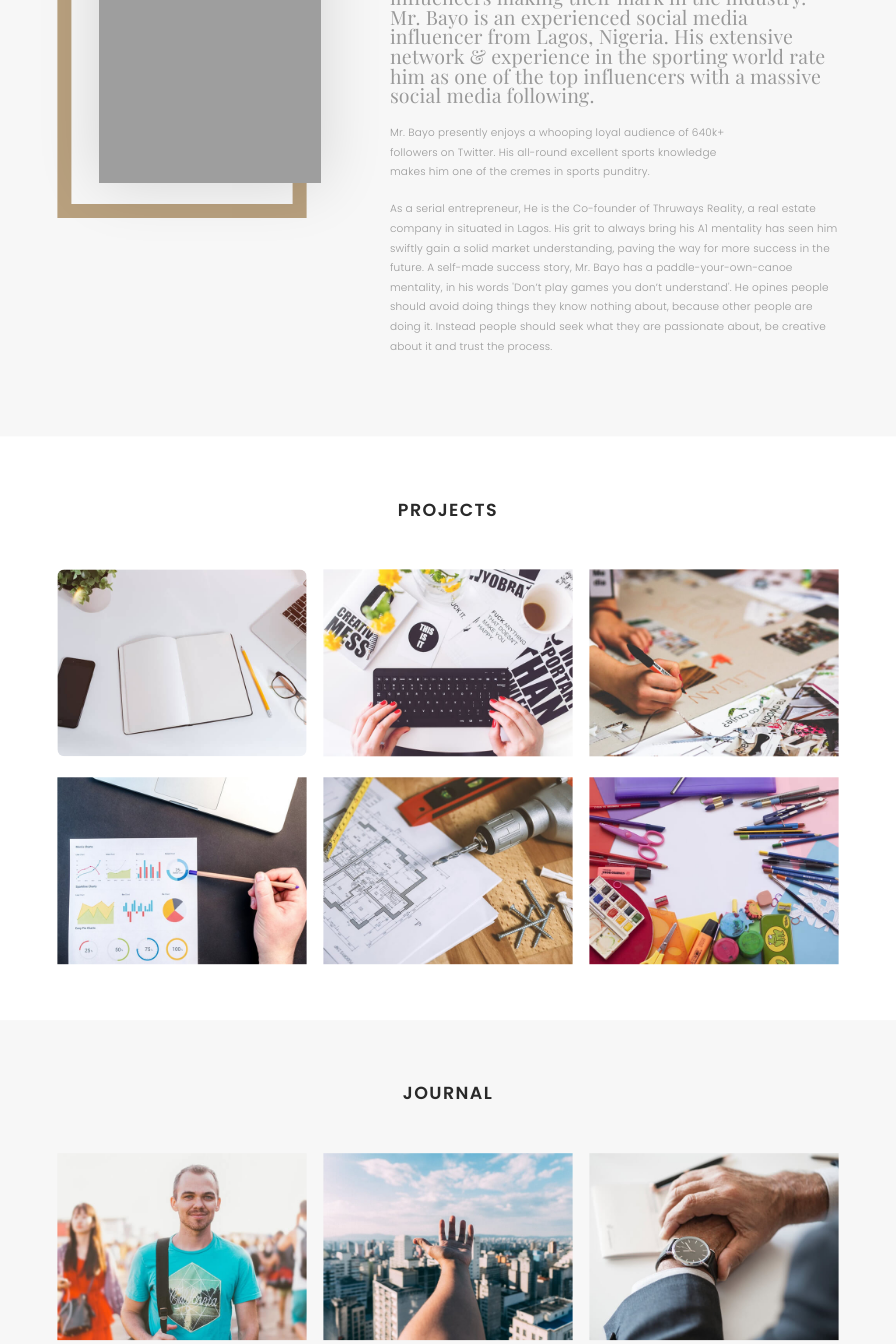
Repository: muhammedctgr/MrBayoA1
Page: index.html
The author's editor kept a copy of each file at every save. The page is drawn from the files as they stood at one save, then again after the next save.
The browser window is 1280 px wide. The pictures show the part of the page from y = 939 to 2859 px (the page is 3907 px tall), at 70% of full size.
Pictures or frames that could not be fetched are drawn as grey boxes. Some web fonts or font styles are not loaded; a fallback is used.

Above is the page before, as saved 2022-10-18 11:44:18.

### index.html
<!DOCTYPE html>
<html lang="en">

<head>
  <meta charset="utf-8">
  <meta content="width=device-width, initial-scale=1.0" name="viewport">

  <title>Mr Bayo A1</title>
  <meta content="" name="description">
  <meta content="" name="keywords">

  <link rel="apple-touch-icon" sizes="180x180" href="/apple-touch-icon.png">
  <link rel="icon" type="image/png" sizes="32x32" href="/favicon-32x32.png">
  <link rel="icon" type="image/png" sizes="16x16" href="/favicon-16x16.png">
  <link rel="manifest" href="/site.webmanifest">

  <link rel="preconnect" href="https://fonts.googleapis.com">
  <link rel="preconnect" href="https://fonts.gstatic.com" crossorigin>
  <link href="https://fonts.googleapis.com/css2?family=Racing+Sans+One&display=swap" rel="stylesheet">

  <!-- Favicons -->
  <link href="assets/img/favicon.png" rel="icon">
  <link href="assets/img/apple-touch-icon.png" rel="apple-touch-icon">

  <!-- Google Fonts -->
  <link href="https://fonts.googleapis.com/css?family=Poppins:300,300i,400,400i,500,500i,600,600i,700,700i|Playfair+Display:400,400i,500,500i,600,600i,700,700i,900,900i" rel="stylesheet">

  <!-- Vendor CSS Files -->
  <link href="assets/vendor/bootstrap/css/bootstrap.min.css" rel="stylesheet">
  <link href="assets/vendor/bootstrap-icons/bootstrap-icons.css" rel="stylesheet">
  <link href="assets/vendor/boxicons/css/boxicons.min.css" rel="stylesheet">
  <link href="assets/vendor/glightbox/css/glightbox.min.css" rel="stylesheet">
  <link href="assets/vendor/swiper/swiper-bundle.min.css" rel="stylesheet">

  <!-- Template Main CSS File -->
  <link href="assets/css/style.css" rel="stylesheet">

</head>

<body>

  <!-- ======= Header ======= -->
  <header id="header" class="fixed-top ">
    <div class="container d-flex align-items-center justify-content-between">

      <!--<a href="index.html" class="logo"><img src="assets/img/logo.png" alt="" class="img-fluid"></a>-->
      <!-- Uncomment below if you prefer to use an text logo -->
      <h1 class="" style="font-family: 'Racing Sans One', cursive; background-color: #b8a07e;"><a href="index.html">Mr. Bayo</a></h1>

      <nav id="navbar" class="navbar">
        <ul>
          <li><a class="nav-link scrollto active" href="#hero">Home</a></li>
          <li><a class="nav-link scrollto" href="#about">About</a></li>
          <li><a class="nav-link  scrollto" href="#portfolio">Projects</a></li>
          <li><a class="nav-link  scrollto" href="#journal">Blog</a></li>
          <li><a class="nav-link scrollto" href="#contact">Contact</a></li>
        </ul>
        <i class="bi bi-list mobile-nav-toggle"></i>
      </nav><!-- .navbar -->

    </div>
  </header><!-- End Header -->

  <!-- ======= Hero Section ======= -->
  <div id="hero" class="home">

    <div class="container">
      <div class="hero-content">
        <h1><span class="typed" data-typed-items="Akinde Gbenga Bayo, Entrepreneur, Social Media Influencer, Serial Winner."></span></h1>
      </div>
    </div>
  </div><!-- End Hero -->

  <main id="main">

    <!-- ======= About Section ======= -->
    <div id="about" class="paddsection">
      <div class="container">
        <div class="row justify-content-between">

          <div class="col-lg-4 ">
            <div class="div-img-bg">
              <div class="about-img">
                <img src="https://i.postimg.cc/W4LmL6sG/2-1.jpg" class="img-responsive" alt="me">
              </div>
            </div>
          </div>

          <div class="col-lg-7">
            <div class="about-descr">
              <p class="p-heading">Akinde Gbenga Bayo, notably known as Mr. Bayo, is one of the successful entrepreneurs and influencers making their mark in the industry.
               Mr. Bayo is an experienced social media influencer from Lagos, Nigeria. His extensive network & experience in the sporting world rate him as one of the top
               influencers with a massive social media following.
              </p>
              <p class="separator">Mr. Bayo presently enjoys a whooping loyal audience of 640k+ followers on Twitter.
                His all-round excellent sports knowledge makes him one of the cremes in sports punditry.
              </p>
              <p>
                As a serial entrepreneur, He is the Co-founder of Thruways Reality, a real estate company in situated in Lagos. His grit to always bring his A1 mentality has seen
                him swiftly gain a solid market understanding, paving the way for more success in the future.
                A self-made success story, Mr. Bayo has a paddle-your-own-canoe mentality, in his words 'Don’t play games you don’t understand'.
                He opines people should avoid doing things they know nothing about, because other people are doing it. Instead people should seek what they are passionate about,
                be creative about it and trust the process.
              </p>
            </div>

          </div>
        </div>
      </div>
    </div><!-- End About Section -->

    <!-- ======= Portfolio Section ======= -->
    <div id="portfolio" class="paddsection">

      <div class="container">
        <div class="section-title text-center">
          <h2>Projects</h2>
        </div>
      </div>

      <div class="container">

        <div class="row portfolio-container">

          <div class="col-lg-4 col-md-6 portfolio-item filter-app">
            <img style="border-radius: 10px; border-color: #ff689b;" src="assets/img/portfolio/portfolio-1.jpg" class="img-fluid" alt="">
            <div class="portfolio-info">
              <h4>Thruways Realty</h4>
              <p>thruwaysrealty.com</p>
              <a href="assets/img/portfolio/portfolio-1.jpg" data-gallery="portfolioGallery" class="portfolio-lightbox preview-link" title="Eco Sustainability Focused Real Estate Development Firm•
              🚧 Designing & Building Unique Custom Homes. #BuildingExcellence"><i class="bx bx-plus"></i></a>
              <a href="portfolio-details.html" class="details-link" title="More Details"><i class="bx bx-link"></i></a>
            </div>
          </div>

          <div class="col-lg-4 col-md-6 portfolio-item filter-web">
            <img src="assets/img/portfolio/portfolio-2.jpg" class="img-fluid" alt="">
            <div class="portfolio-info">
              <h4>Thruways Realty</h4>
              <p>thruwaysrealty.com</p>
              <a href="assets/img/portfolio/portfolio-2.jpg" data-gallery="portfolioGallery" class="portfolio-lightbox preview-link" title="Eco Sustainability Focused Real Estate Development Firm•
              🚧 Designing & Building Unique Custom Homes. #BuildingExcellence"><i class="bx bx-plus"></i></a>
              <a href="portfolio-details.html" class="details-link" title="More Details"><i class="bx bx-link"></i></a>
            </div>
          </div>

          <div class="col-lg-4 col-md-6 portfolio-item filter-app">
            <img src="assets/img/portfolio/portfolio-3.jpg" class="img-fluid" alt="">
            <div class="portfolio-info">
              <h4>Thruways Realty</h4>
              <p>thruwaysrealty.com</p>
              <a href="assets/img/portfolio/portfolio-3.jpg" data-gallery="portfolioGallery" class="portfolio-lightbox preview-link" title="Eco Sustainability Focused Real Estate Development Firm•
              🚧 Designing & Building Unique Custom Homes. #BuildingExcellence"><i class="bx bx-plus"></i></a>
              <a href="portfolio-details.html" class="details-link" title="More Details"><i class="bx bx-link"></i></a>
            </div>
          </div>

          <div class="col-lg-4 col-md-6 portfolio-item filter-card">
            <img src="assets/img/portfolio/portfolio-4.jpg" class="img-fluid" alt="">
            <div class="portfolio-info">
              <h4>Thruways Realty</h4>
              <p>thruwaysrealty.com</p>
              <a href="assets/img/portfolio/portfolio-4.jpg" data-gallery="portfolioGallery" class="portfolio-lightbox preview-link" title="Eco Sustainability Focused Real Estate Development Firm•
              🚧 Designing & Building Unique Custom Homes. #BuildingExcellence"><i class="bx bx-plus"></i></a>
              <a href="portfolio-details.html" class="details-link" title="More Details"><i class="bx bx-link"></i></a>
            </div>
          </div>

          <div class="col-lg-4 col-md-6 portfolio-item filter-web">
            <img src="assets/img/portfolio/portfolio-5.jpg" class="img-fluid" alt="">
            <div class="portfolio-info">
              <h4>Thruways Realty</h4>
              <p>thruwaysrealty.com</p>
              <a href="assets/img/portfolio/portfolio-5.jpg" data-gallery="portfolioGallery" class="portfolio-lightbox preview-link" title="Eco Sustainability Focused Real Estate Development Firm•
              🚧 Designing & Building Unique Custom Homes. #BuildingExcellence"><i class="bx bx-plus"></i></a>
              <a href="portfolio-details.html" class="details-link" title="More Details"><i class="bx bx-link"></i></a>
            </div>
          </div>

          <div class="col-lg-4 col-md-6 portfolio-item filter-app">
            <img src="assets/img/portfolio/portfolio-6.jpg" class="img-fluid" alt="">
            <div class="portfolio-info">
              <h4>Thruways Realty</h4>
              <p>thruwaysrealty.com</p>
              <a href="assets/img/portfolio/portfolio-6.jpg" data-gallery="portfolioGallery" class="portfolio-lightbox preview-link" title="Eco Sustainability Focused Real Estate Development Firm•
              🚧 Designing & Building Unique Custom Homes. #BuildingExcellence"><i class="bx bx-plus"></i></a>
              <a href="portfolio-details.html" class="details-link" title="More Details"><i class="bx bx-link"></i></a>
            </div>
          </div>

        </div>

      </div>

    </div><!-- End Portfolio Section -->

    <!-- ======= Journal Section ======= -->
    <div id="journal" class="text-left paddsection">

      <div class="container">
        <div class="section-title text-center">
          <h2>journal</h2>
        </div>
      </div>

      <div class="container">
        <div class="journal-block">
          <div class="row">

            <div class="col-lg-4 col-md-6">
              <div class="journal-info">

                <a href="blog-single.html"><img src="assets/img/blog-post-1.jpg" class="img-responsive" alt="img"></a>

                <div class="journal-txt">

                  <h4><a href="blog-single.html">SO LETS MAKE THE MOST IS BEAUTIFUL</a></h4>
                  <p class="separator">To an English person, it will seem like simplified English
                  </p>

                </div>

              </div>
            </div>

            <div class="col-lg-4 col-md-6">
              <div class="journal-info">

                <a href="blog-single.html"><img src="assets/img/blog-post-2.jpg" class="img-responsive" alt="img"></a>

                <div class="journal-txt">

                  <h4><a href="blog-single.html">WE'RE GONA MAKE DREAMS COMES</a></h4>
                  <p class="separator">To an English person, it will seem like simplified English
                  </p>

                </div>

              </div>
            </div>

            <div class="col-lg-4 col-md-6">
              <div class="journal-info">

                <a href="blog-single.html"><img src="assets/img/blog-post-3.jpg" class="img-responsive" alt="img"></a>

                <div class="journal-txt">

                  <h4><a href="blog-single.html">NEW LIFE CIVILIZATIONS TO BOLDLY</a></h4>
                  <p class="separator">To an English person, it will seem like simplified English
                  </p>

                </div>

              </div>
            </div>

          </div>
        </div>
      </div>

    </div><!-- End Journal Section -->

    <!-- ======= Contact Section ======= -->
    <div id="contact" class="paddsection">
      <div class="container">
        <div class="contact-block1">
          <div class="row">

            <div class="col-lg-6">
              <div class="contact-contact">

                <h2 class="mb-30">GET IN TOUCH</h2>

                <ul class="contact-details">
                  <li><span>23 Main, Street</span></li>
                  <li><span>New York, United States</span></li>
                  <li><span>+88 01912704287</span></li>
                  <li><span>example@example.com</span></li>
                </ul>

              </div>
            </div>

            <div class="col-lg-6">
              <form action="forms/contact.php" method="post" role="form" class="php-email-form">
                <div class="row gy-3">

                  <div class="col-lg-6">
                    <div class="form-group contact-block1">
                      <input type="text" name="name" class="form-control" id="name" placeholder="Your Name" required>
                    </div>
                  </div>

                  <div class="col-lg-6">
                    <div class="form-group">
                      <input type="email" class="form-control" name="email" id="email" placeholder="Your Email" required>
                    </div>
                  </div>

                  <div class="col-lg-12">
                    <div class="form-group">
                      <input type="text" class="form-control" name="subject" id="subject" placeholder="Subject" required>
                    </div>
                  </div>

                  <div class="col-lg-12">
                    <div class="form-group">
                      <textarea class="form-control" name="message" placeholder="Message" required></textarea>
                    </div>
                  </div>

                  <div class="col-lg-12">
                    <div class="loading">Loading</div>
                    <div class="error-message"></div>
                    <div class="sent-message">Your message has been sent. Thank you!</div>
                  </div>

                  <div class="mt-0">
                    <input type="submit" class="btn btn-defeault btn-send" value="Send message">
                  </div>

                </div>
              </form>
            </div>
          </div>
        </div>
      </div>
    </div><!-- End Contact Section -->

  </main><!-- End #main -->

  <!-- ======= Footer ======= -->
  <div id="footer" class="text-center">
    <div class="container">
      <div class="socials-media text-center">

        <ul class="list-unstyled">
          <li><a href="#"><i class="bi bi-facebook"></i></a></li>
          <li><a href="#"><i class="bi bi-twitter"></i></a></li>
          <li><a href="#"><i class="bi bi-instagram"></i></a></li>
          <li><a href="#"><i class="bi bi-linkedin"></i></a></li>
        </ul>

      </div>

      <p>&copy; Copyrights Mr. Bayo</p>
      <p> All rights reserved.</p>

      <div class="credits">
        Designed by <a href="https://bootstrapmade.com/">Greazely</a>
      </div>

    </div>
  </div><!-- End Footer -->

  <a href="#" class="back-to-top d-flex align-items-center justify-content-center"><i class="bi bi-arrow-up-short"></i></a>

  <!-- Vendor JS Files -->
  <script src="assets/vendor/bootstrap/js/bootstrap.bundle.min.js"></script>
  <script src="assets/vendor/glightbox/js/glightbox.min.js"></script>
  <script src="assets/vendor/isotope-layout/isotope.pkgd.min.js"></script>
  <script src="assets/vendor/swiper/swiper-bundle.min.js"></script>
  <script src="assets/vendor/typed.js/typed.min.js"></script>
  <script src="assets/vendor/php-email-form/validate.js"></script>

  <!-- Template Main JS File -->
  <script src="assets/js/main.js"></script>

</body>

</html>

Loaded but not shown: assets/vendor/bootstrap/css/bootstrap.min.css (library); assets/vendor/bootstrap-icons/bootstrap-icons.css (library); assets/vendor/boxicons/css/boxicons.min.css (library); assets/vendor/glightbox/css/glightbox.min.css (library); assets/vendor/swiper/swiper-bundle.min.css (library); assets/vendor/bootstrap/js/bootstrap.bundle.min.js (library); assets/vendor/glightbox/js/glightbox.min.js (library); assets/vendor/isotope-layout/isotope.pkgd.min.js (library); assets/vendor/swiper/swiper-bundle.min.js (library); assets/vendor/typed.js/typed.min.js (library); assets/vendor/php-email-form/validate.js (common file); assets/js/main.js (262 lines, source omitted); assets/css/style.css (1549 lines, source omitted)

After the next save:
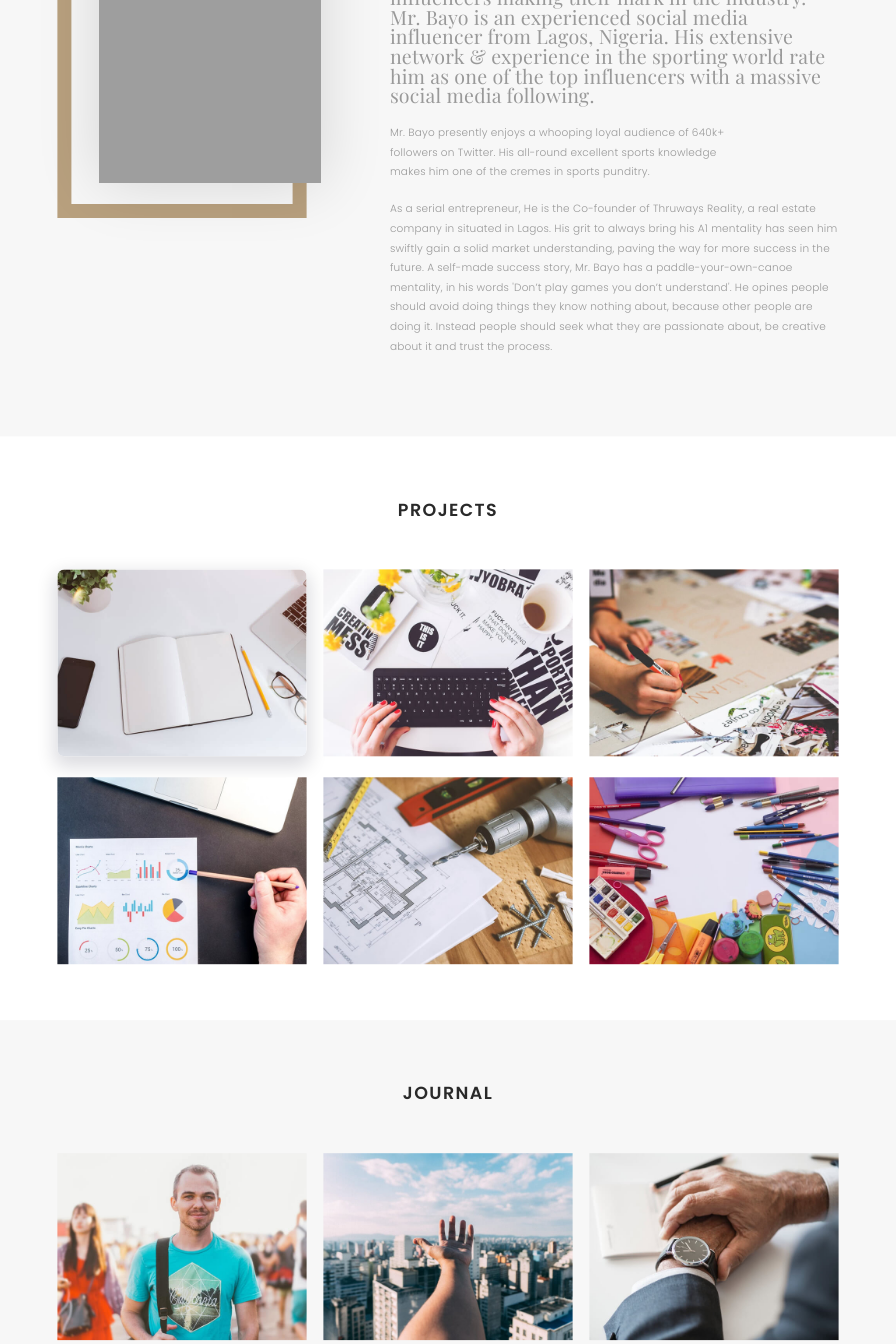
Saved 44 s later.
--- a/index.html
+++ b/index.html
@@ -123,7 +123,7 @@
         <div class="row portfolio-container">
 
           <div class="col-lg-4 col-md-6 portfolio-item filter-app">
-            <img style="border-radius: 10px; border-color: #ff689b;" src="assets/img/portfolio/portfolio-1.jpg" class="img-fluid" alt="">
+            <img style="border-radius: 10px; box-shadow: 0px 10px 26px 5px rgba(1, 10, 36, 0.14);" src="assets/img/portfolio/portfolio-1.jpg" class="img-fluid" alt="">
             <div class="portfolio-info">
               <h4>Thruways Realty</h4>
               <p>thruwaysrealty.com</p>
